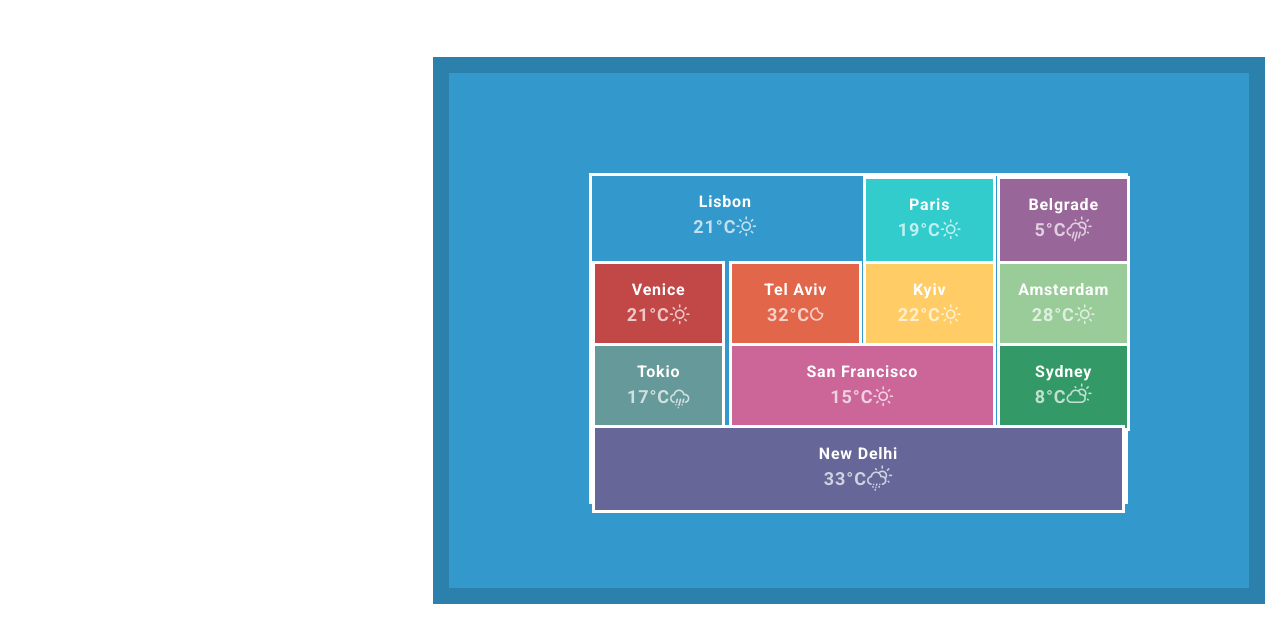
Repository: shpakovskaya/github.io
Page: boxsizing/weatherforecast/index.html
The author's editor kept a copy of each file at every save. The page is drawn from the files as they stood at one save, then again after the next save.
The browser window is 1280 px wide. The pictures show the whole page.

Above is the page before, as saved 2021-11-29 20:28:25.

After the next save:
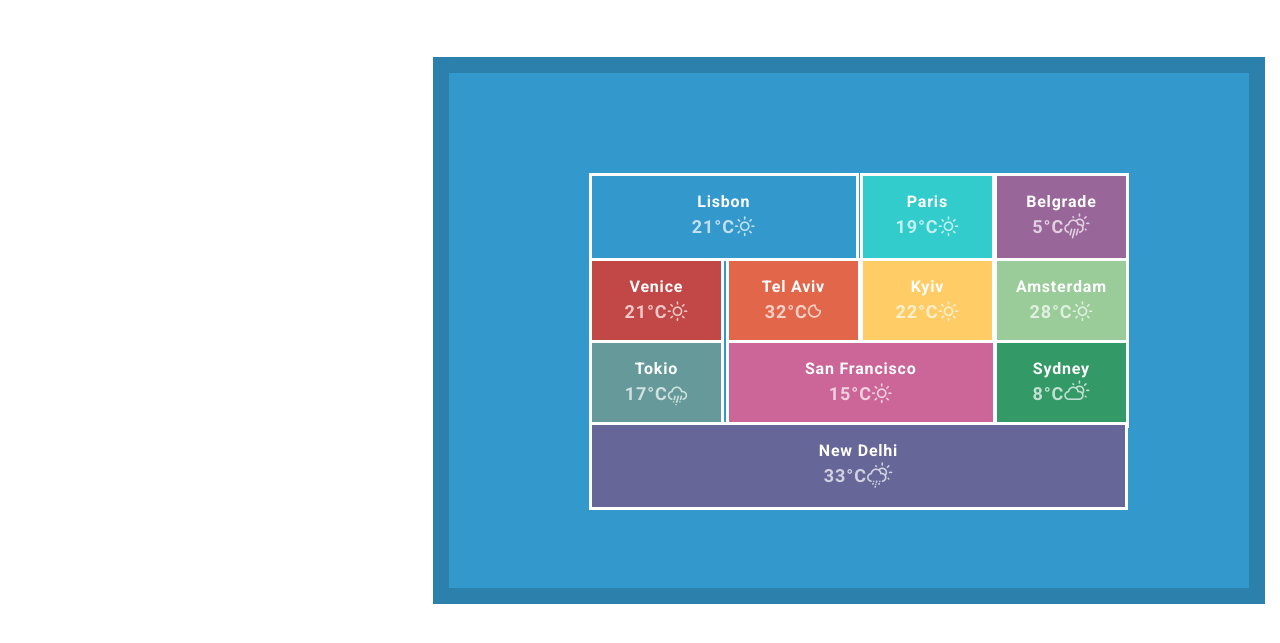
Saved 42 s later.
--- a/boxsizing/weatherforecast/style.css
+++ b/boxsizing/weatherforecast/style.css
@@ -20,7 +20,7 @@
   height: 331px;
   left: 140px;
   top: 100px;
-  border: 3px solid #ffffff;
+  /* border: 3px solid #ffffff; */
   transition: all 0.1s ease-in;
   color: #ffffff;
 }
@@ -64,7 +64,7 @@ span {
   /* height: 79px; */
   left: 0px;
   top: 0px;
-  /* border: 3px solid #ffffff; */
+  border: 3px solid #ffffff;
   /* display: inline-flex; */
   /* justify-content: center; */
 }
